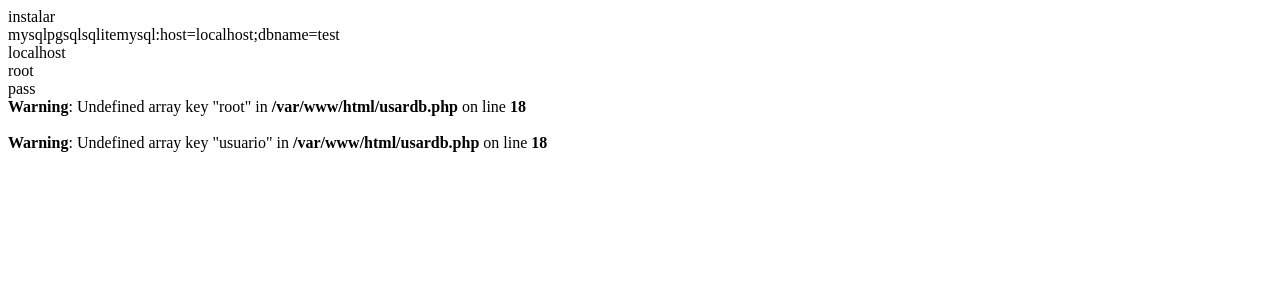
Repository: ebaglio/trabajophp
Page: http://localhost/usardb.php
An editor plug-in stored every save of this project. The page is shown before and after the next save, followed by the edit.
The browser window is 1280 px wide. The pictures show the whole page.
The page is run by PHP 8.4 with error messages shown; the project is at /var/www/html/. Queries for data that is not in the repository find no rows.

Above is the page before, as saved 2012-05-08 12:20:54.

### curso5/usardb.php


        <?php
echo "instalar <br>";
foreach(PDO::getAvailableDrivers() as $driver)
{
echo $driver;
}
$DBACCESS = array(
        "connstring"=>"mysql:host=localhost;dbname=test",
        "host"=>"localhost",
        "user"=>"root",
        "password"=>"pass"
        );

        echo implode('<br \>',$DBACCESS);
try{
        $dbh = new PDO($DBACCESS['connstring'],$DBACCESS['root'],$DBACCESS['usuario']);
} catch (PDOException $e) {
        echo $e->getMessage();
}
$sql = 'SELECT * FROM releases ORDER BY version';
foreach ($dbh->query($sql) as $row ) {
                echo $row['name'] . "    :  ";
                echo $row['version'] . "      :  ";
                echo $row['date'] . "<br>";
}
?>

After the next save:
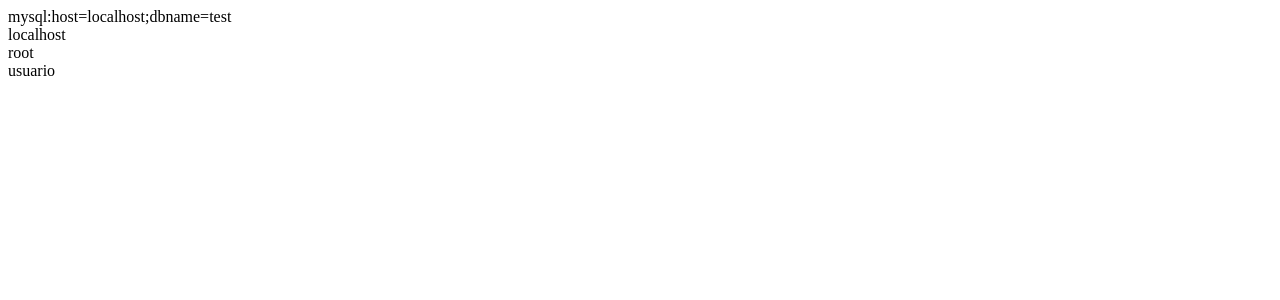
Saved 48 s later.
--- a/curso5/usardb.php
+++ b/curso5/usardb.php
@@ -1,21 +1,17 @@
 
 
-        <?php
-echo "instalar <br>";
-foreach(PDO::getAvailableDrivers() as $driver)
-{
-echo $driver;
-}
+ <?php
+
 $DBACCESS = array(
         "connstring"=>"mysql:host=localhost;dbname=test",
         "host"=>"localhost",
         "user"=>"root",
-        "password"=>"pass"
+        "password"=>"usuario"
         );
 
         echo implode('<br \>',$DBACCESS);
 try{
-        $dbh = new PDO($DBACCESS['connstring'],$DBACCESS['root'],$DBACCESS['usuario']);
+        $dbh = new PDO($DBACCESS['connstring'],$DBACCESS['user'],$DBACCESS['password']);
 } catch (PDOException $e) {
         echo $e->getMessage();
 }
